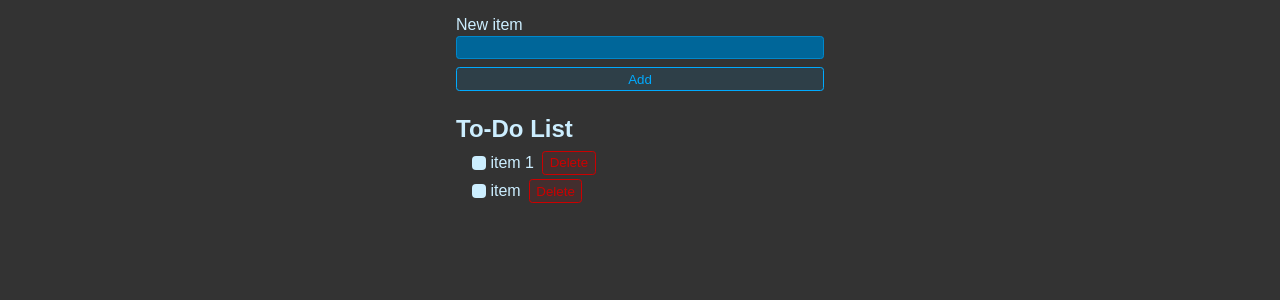
Repository: BellaMegasara/react_exercise_todolist
Page: / (app in react-to-do-list/)
These files come from the project's save history. The page is drawn as it stood at one moment and after a run of saves; the edit follows.
The browser window is 1280 px wide. The pictures show the whole page.
The project was rebuilt for these pictures with package versions that can differ from the ones it lists, and the page was loaded fresh each time. Also part of the build but not shown: react-to-do-list/vite.config.js.

Above is the page before, as saved 2024-07-17 15:20:59.

### react-to-do-list/src/App.jsx
import "./styles.css"


export default function App() {
  return (
  <>
  <form className="new-item-form">
    <div className="form-row">
      <label>New item</label>
      <input type="text" id="item" />
    </div>
    <button className="btn">Add</button>
    </form>
    <h1 className="header">To-Do List</h1>
    <ul className="list">
      <li>
        <label>
          <input type="checkbox" />
          item 1
        </label>
        <button className="btn btn-danger">Delete</button>
      </li>
      <li>
        <label>
          <input type="checkbox" />
          item
        </label>
        <button className="btn btn-danger">Delete</button>
      </li>
    </ul>
    </>
    )
}

Loaded but not shown: react-to-do-list/index.html (common file); react-to-do-list/src/main.jsx (common file); react-to-do-list/src/styles.css (common file)

After the next 3 saves:
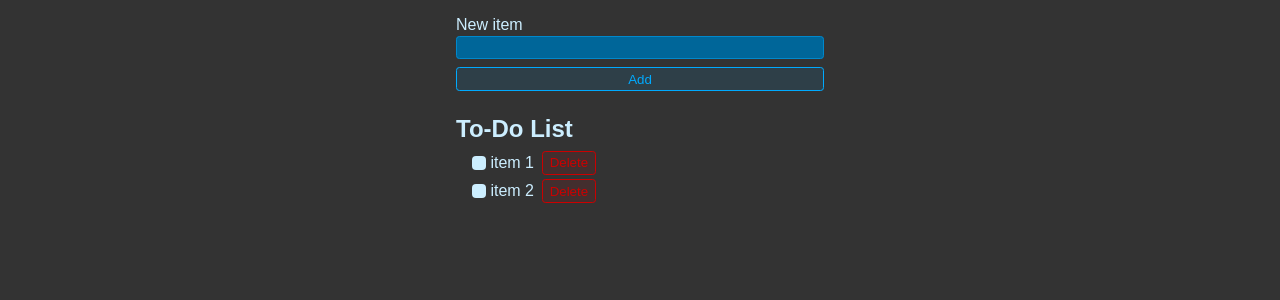
The 3 saves are shown as one change because 1 did not build or start and some came seconds apart.
The last was saved 24 s later.
--- a/react-to-do-list/src/App.jsx
+++ b/react-to-do-list/src/App.jsx
@@ -23,7 +23,7 @@ export default function App() {
       <li>
         <label>
           <input type="checkbox" />
-          item
+          item 2
         </label>
         <button className="btn btn-danger">Delete</button>
       </li>
